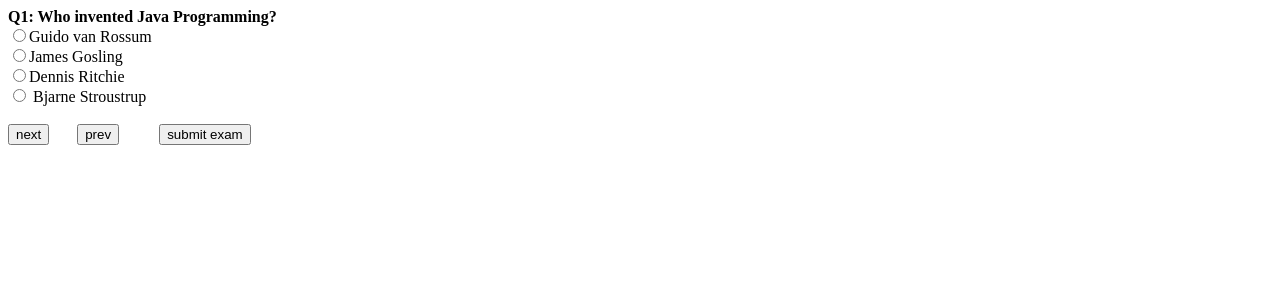
Repository: ravikumar0303/Advance-Java
Page: Assignment/OnlineExam/question.html
The author's editor kept a copy of each file at every save. The page is drawn from the files as they stood at one save, then again after the next save.
The browser window is 1280 px wide. The pictures show the whole page.

Above is the page before, as saved 2023-06-23 11:49:34.

After the next save:
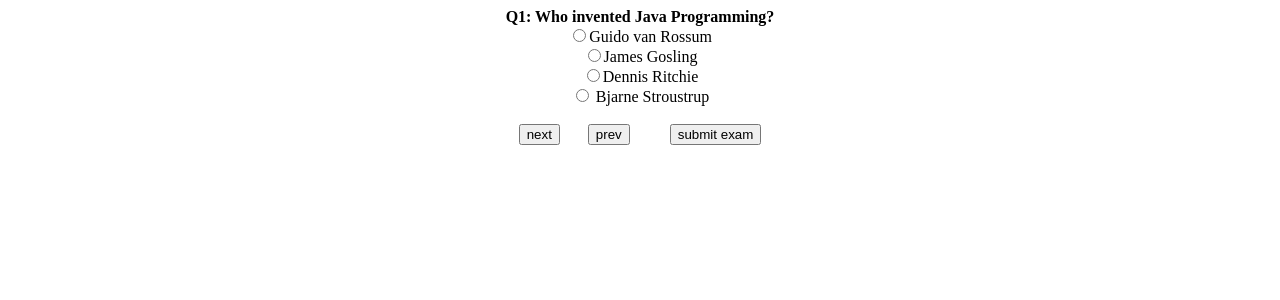
Saved 38 s later.
--- a/Assignment/OnlineExam/question.html
+++ b/Assignment/OnlineExam/question.html
@@ -4,6 +4,7 @@
 <meta charset="ISO-8859-1">
 <title>online exam</title>
 </head>
+<center>
 <body><td>
 <form>
    <b>Q1: Who invented Java Programming?</b><br>
